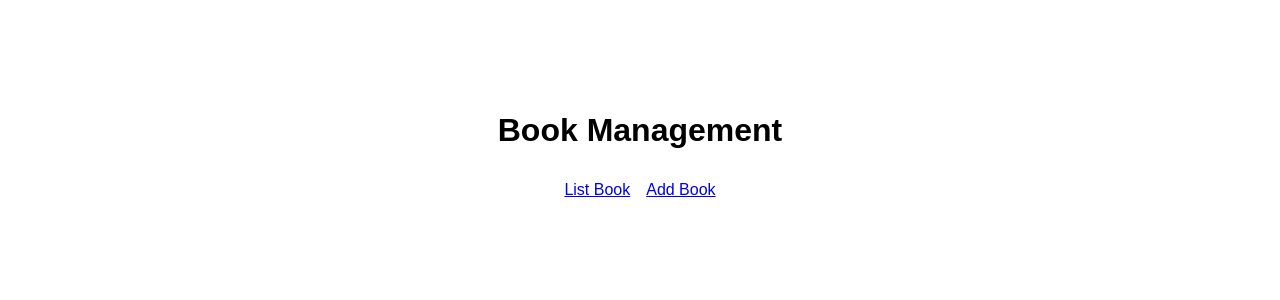
Repository: wakoya-tech/e-library-app1
Page: /
The author's editor kept a copy of each file at every save. The page is drawn from the files as they stood at one save, then again after the next save.
The browser window is 1280 px wide. The pictures show the whole page.
The project was rebuilt for these pictures with package versions that can differ from the ones it lists, and the page was loaded fresh each time. Also part of the build but not shown: vite.config.js.

Above is the page before, as saved 2025-10-10 12:13:33.

### src/main.jsx
import React from 'react'
import ReactDOM from 'react-dom/client'
import { BrowserRouter } from 'react-router-dom'
import App from './App'
ReactDOM.createRoot(document.getElementById('root')).render(
  <React.StrictMode>
    <BrowserRouter>
    <App />
    </BrowserRouter>

  </React.StrictMode>,
)

### src/App.jsx
import './App.css';
import Header from './components/Header.jsx';
import { Routes, Route } from "react-router-dom";


function App() {
  return (
    <div className="App">
      <Header />

    </div>
  );
}

export default App;

### src/App.css
*{
  margin: 0;
  padding: 0;
  box-sizing: border-box;
}
body{
  font-family: Arial, Helvetica, sans-serif;
}
.container{
  max-width: 40rem;

  margin: 7rem auto 0;
}
header{
  text-align: center;

}
header nav{
  margin-top: 2rem;
  display: flex;
  justify-content: center;
  gap: 1rem;
}

### src/components/Header.jsx
import React from "react"
import { NavLink } from "react-router-dom"
import { BrowserRouter as Router, Routes, Route } from 'react-router-dom';
function Header(){
    const navigation =[
        {path:'/',name:'List Book'},
        { path:'/add', name:'Add Book'}
    ]
    return(<div className="container">
<header>
    <h1>Book Management</h1>
    <nav>
       {navigation.map(nav=>(
        <NavLink
        key={nav.name}
        to={nav.path}>
{nav.name}
        </NavLink>
       ))}
         </nav>
</header>
    </div>)
}
export default Header

Loaded but not shown: index.html (common file)

After the next save:
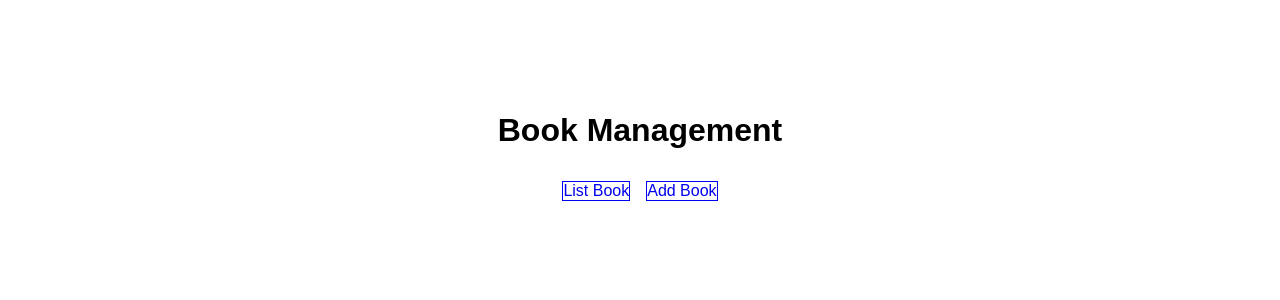
Saved 83 s later.
--- a/src/App.css
+++ b/src/App.css
@@ -21,3 +21,7 @@ header nav{
   justify-content: center;
   gap: 1rem;
 }
+header nav > a {
+  text-decoration: none;
+  border: 1px solid;
+}
